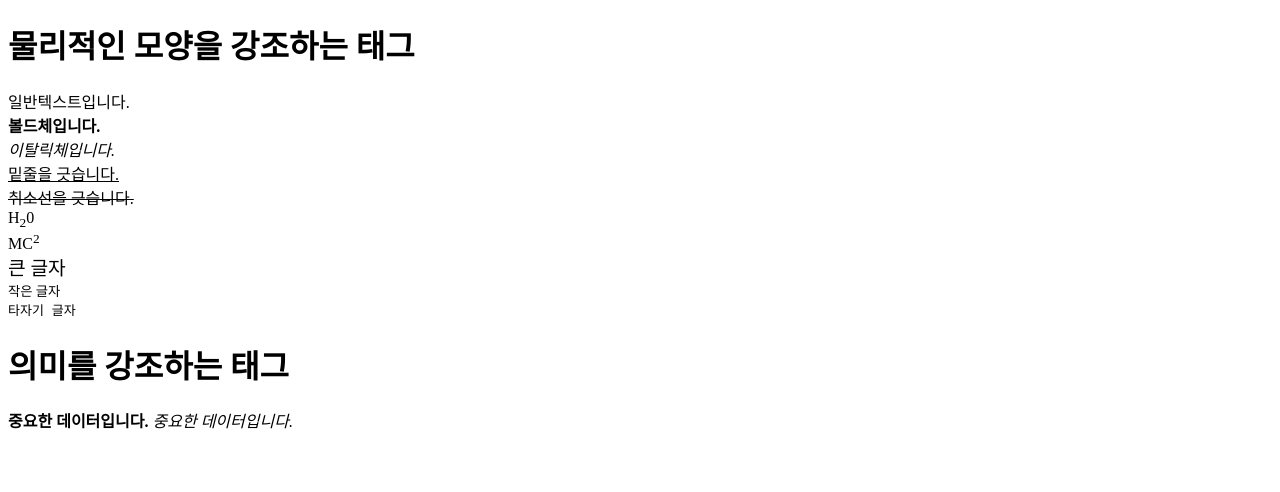
Repository: zzzzzzin/Client
Page: ClientTest/src/main/webapp/html/ex10_style.html
An editor plug-in stored every save of this project. The page is shown before and after the next save, followed by the edit.
The browser window is 1280 px wide. The pictures show the whole page.

Above is the page before, as saved 2024-03-13 01:17:03.

After the next save:
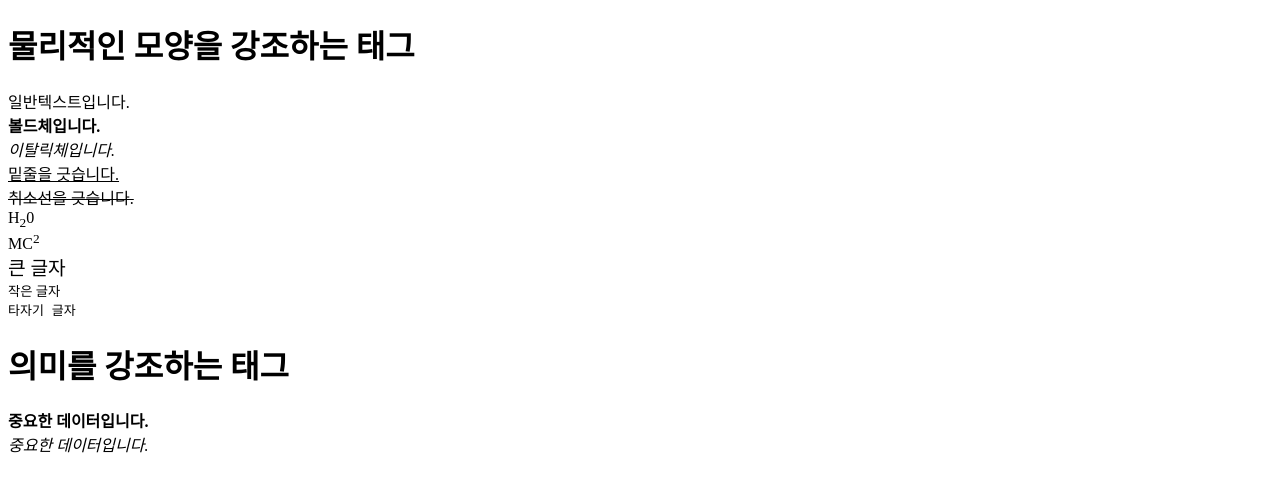
Saved 18 s later.
--- a/ClientTest/src/main/webapp/html/ex10_style.html
+++ b/ClientTest/src/main/webapp/html/ex10_style.html
@@ -19,8 +19,8 @@
 
 
 	<h1>의미를 강조하는 태그</h1>
-	<strong>중요한 데이터입니다.</strong>
-	<em>중요한 데이터입니다.</em>
+	<strong>중요한 데이터입니다.</strong><br>
+	<em>중요한 데이터입니다.</em><br>
 
 </body>
 </html>
